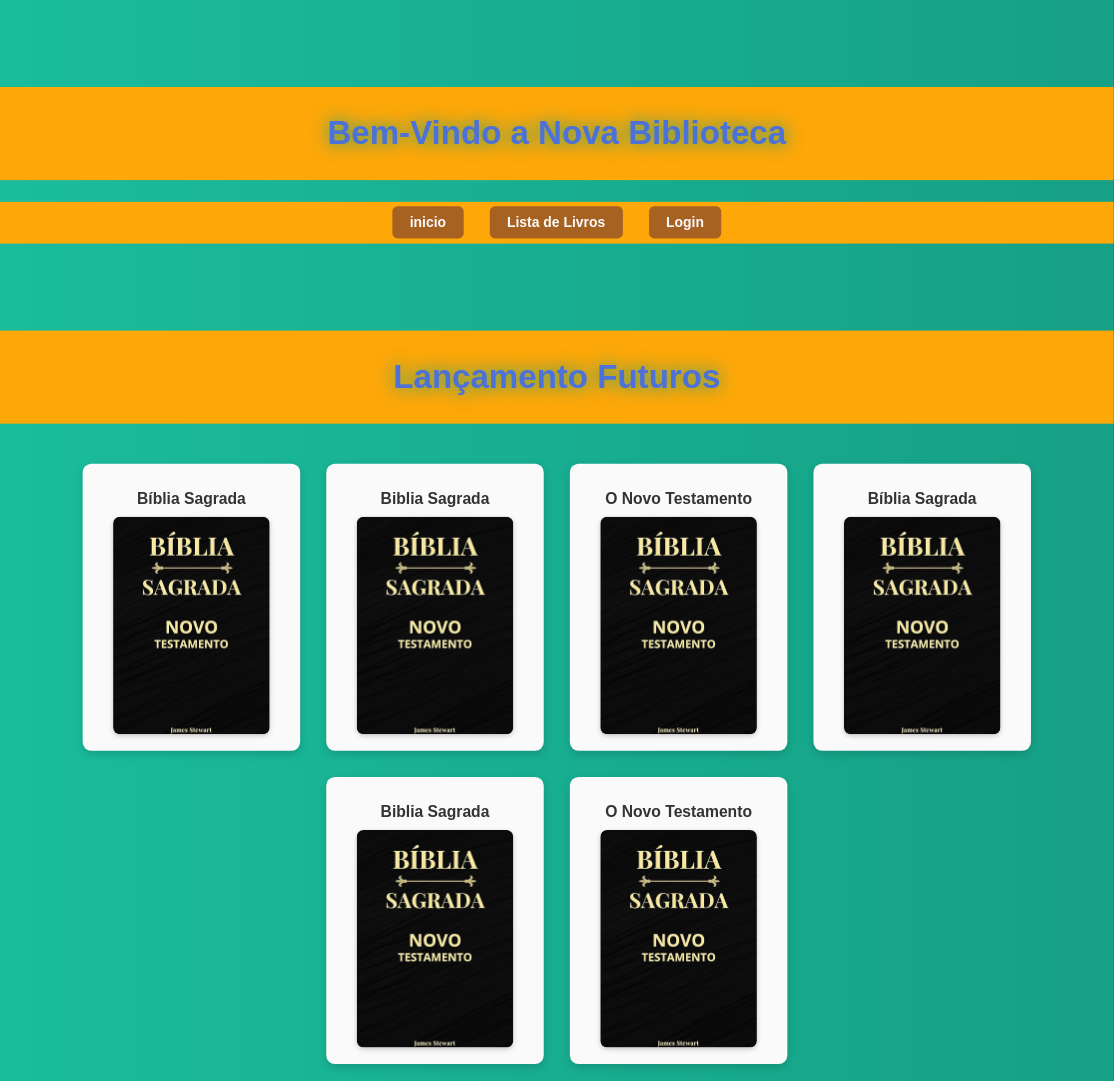
Repository: cleytonds/Biblioteca
Page: templates/Biblioteca_usuario.HTML
These files come from the project's save history. The page is drawn as it stood at one moment and after the next save; the edit follows.
The browser window is 1280 px wide. The pictures show the whole page, at 87% of full size.

Above is the page before, as saved 2025-11-17 11:38:16.

### templates/Biblioteca_usuario.HTML
<!DOCTYPE html>
<html lang="en">
<head>
    <meta charset="UTF-8">
    <meta name="viewport" content="width=device-width, initial-scale=1.0">
    <title>Biblioteca</title>
    <link rel="stylesheet" href="../Static/indexStyle.css">
    <link rel="stylesheet" href="/Biblioteca/app.py">




</head>
<body>
    <!--inicio da pagina-->
    <h1>Bem-Vindo a Nova Biblioteca </h1>

    <al class="menu">
        <li><a href="Biblioteca_usuario.HTML"> inicio</a></li>
        <li><a href="lista_livros.HTML">Lista de Livros</a></li>
        <li><a href="login.HTML">Login</a></li>

    </al>


   <main>
        <h1>Lançamento Futuros</h1>
        <section>
         <article>
            <h2>Bíblia Sagrada</h2>
            <img src="nono.jpg" alt="Biblia sagrada">
         </article>

         <aside>
            <h2>Biblia Sagrada</h2>
            <img src="nono.jpg" alt="Biblia Sagrada">
         </aside>

         <article>
            <h2>O Novo Testamento</h2>
            <img src="nono.jpg" alt="Novo testamento">
         </article>
         <article>
            <h2>Bíblia Sagrada</h2>
            <img src="nono.jpg" alt="Biblia sagrada">
         </article>

         <aside>
            <h2>Biblia Sagrada</h2>
            <img src="nono.jpg" alt="Biblia Sagrada">
         </aside>

         <article>
            <h2>O Novo Testamento</h2>
            <img src="nono.jpg" alt="Novo testamento">
         </article>
        </section>
   </main>


</body>
</html>

### Static/indexStyle.css
/*cor do nome principal da pagina*/
@keyframes brilho{
    0%{ text-shadow: 0 0 10px #1abc9c;}
    50%{ text-shadow: 0 0 20px #16a085;}
    100%{ text-shadow: 0 0 10px #1abc9c;}
}

@import url('https://fonts.googleapis.com/css2?family=Poppins:wght@600&family=Montserrat:wght@500&display=swap');
/*estilo da fonte*/
.titulo{
    font-family: 'montserrat',sans-serif;
}
/*estiolo dos titulos*/
h1{
    font-family:'Poppins',sans-serif;
    font-size: 38px;
    color: #4c71d8;
    text-align: center;
    margin-top: 100px;
    animation: brilho 2s infinite alternate;

}

/*estilo do fundo da pag*/
body{
    background: linear-gradient(to right, #1abc9c, #16a085)/*cor fundo da pagina*/
}
/*cores do menu da pagina*/
h1{
    padding: 2rem;
    background-color: rgb(253, 167, 8);
    text-align: center;
}

button{
    display: flex;
    height: 100%;
    background-color: #eff1ef;
    color: #0303ff;
    text-align: center;
    margin-block-end: 12px;

}
body {
    margin: 0;
    font-family: Arial, sans-serif;
    background-color: #fdfdfd;

}

/*opções de menu*/
.menu{
    list-style: none; /*tira os marcadores*/
    padding: 0;
    margin: 0;
    display: flex;          /* coloca os itens lado a lado */
    justify-content: center; /* centraliza no meio da tela */
    gap: 30px;                  /* espaço entre os botões */
    background-color:  rgb(253, 167, 8);  /* cor da barra de menu */
    padding: 15px 0;

}
/*estilo dos linrs (botões)*/
.menu li a {
    text-decoration: none;
    color: rgb(252, 252, 252);
    font-weight: bold;
    padding: 10px 20px;
    border-radius: 6px;
    background-color: #a76222;
    transition: backgronud 0.3s, transform 0.2s;

}
/*Efeito houver (ao passar o mouse)*/
.menu li a:hover{
    background-color: #1abc9c;
    transform: scale(1.05);
}
body {
    background-color: #eeeeee;
    font-family: Arial, Helvetica, sans-serif;

}
/* Estilo geral */
body {
    background-color: #973838;
    font-family: Arial, sans-serif;
    margin: 0;
    padding: 0;
}

/* A section é o container das imagens */
section {
    display: flex;                /* Coloca lado a lado */
    justify-content: center;      /* Centraliza horizontalmente */
    align-items: flex-start;      /* Alinha pelo topo */
    gap: 30px;                    /* Espaço entre os elementos */
    flex-wrap: wrap;              /* Quebra linha se a tela for pequena */
    padding: 20px;
}

/* Cada article e aside se comportam como caixinhas */
article, aside {
    background-color: rgb(250, 250, 250);
    border-radius: 10px;
    box-shadow: 0 4px 10px rgba(0,0,0,0.15);
    text-align: center;
    padding: 15px;
    width: 220px;                 /* Largura fixa de cada bloco */
    transition: transform 0.3s ease;
}

/* Efeito de destaque ao passar o mouse */
article:hover, aside:hover {
    transform: scale(1.05);
}

/* Título de cada livro */
h2 {
    font-size: 18px;
    color: #333;
    margin-bottom: 10px;
}

/* Estilo da imagem */
img {
    width: 180px;                 /* Diminui o tamanho da imagem */
    height: 250px;                /* Altura proporcional */
    object-fit: cover;            /* Corta imagem mantendo o formato */
    border-radius: 8px;
    box-shadow: 0 2px 6px rgba(0,0,0,0.2);
}
@media (max-width: 768px) {
    section {
        flex-direction: column;
        align-items: center;
    }

    article, aside {
        width: 80%;
    }

    img {
        width: 100%;
        height: auto;
    }
}

After the next save:
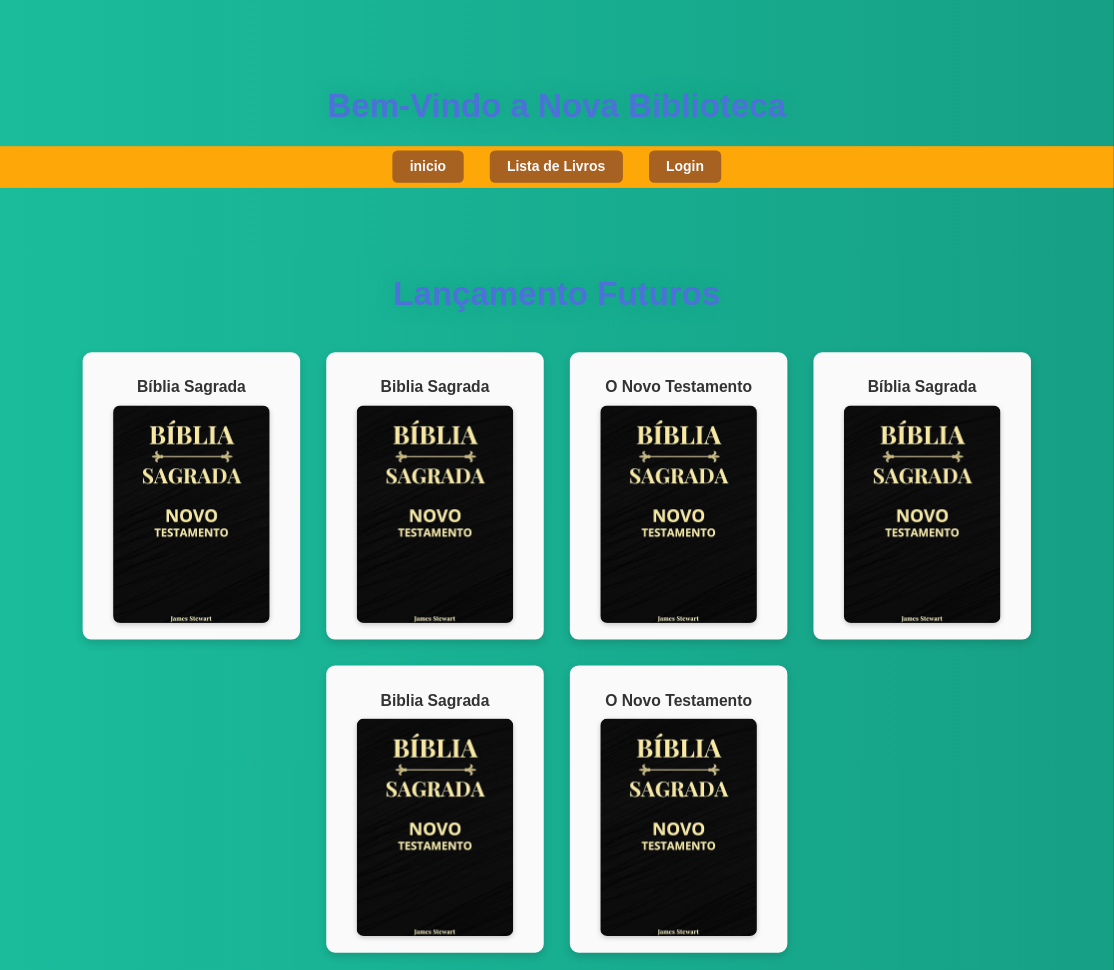
Saved 100 s later.
--- a/Static/indexStyle.css
+++ b/Static/indexStyle.css
@@ -26,11 +26,6 @@ body{
     background: linear-gradient(to right, #1abc9c, #16a085)/*cor fundo da pagina*/
 }
 /*cores do menu da pagina*/
-h1{
-    padding: 2rem;
-    background-color: rgb(253, 167, 8);
-    text-align: center;
-}
 
 button{
     display: flex;
